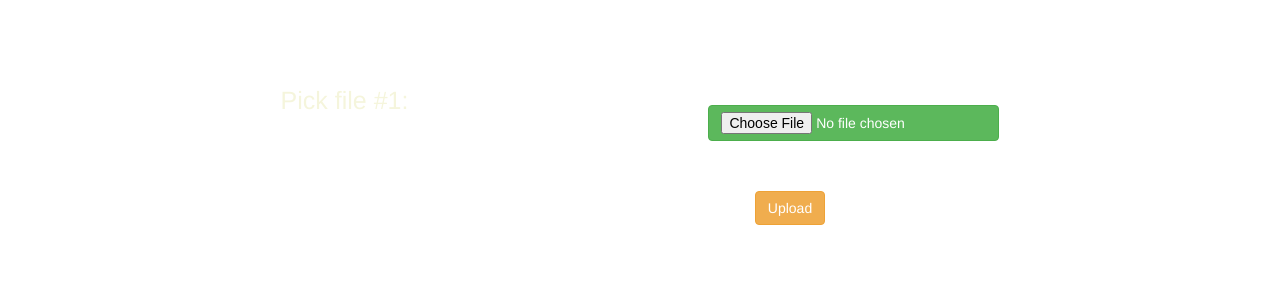
Repository: 123poornima/UpdatedSecondProject
Page: frontendPro/WebContent/_user/uploadPicture.html
These files come from the project's save history. The page is drawn as it stood at one moment and after the next save; the edit follows.
The browser window is 1280 px wide. The pictures show the whole page.

Above is the page before, as saved 2017-01-17 05:11:38.

After the next save:
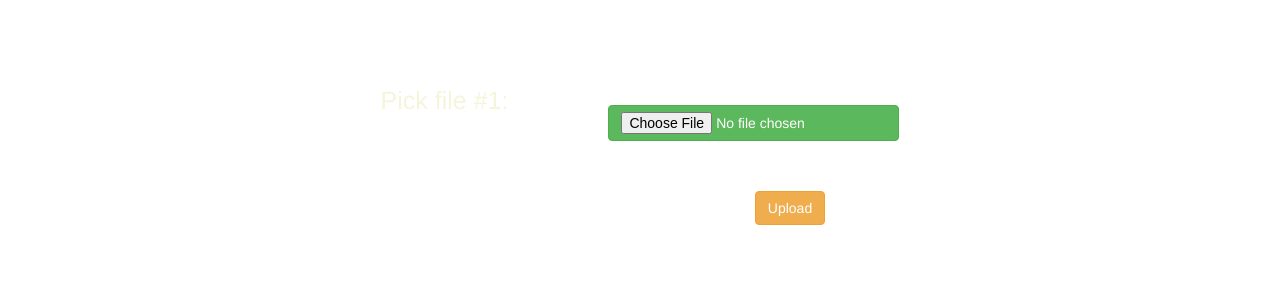
Saved 5 s later.
--- a/frontendPro/WebContent/_user/uploadPicture.html
+++ b/frontendPro/WebContent/_user/uploadPicture.html
@@ -17,7 +17,7 @@
             <table border="0">
                 <tr style="color:#F5F5DC">
                     <td style="color:#F5F5DC;font-size:25px;margin-top:100px">Pick file #1:</td>
-                    <td><input style="margin-top:45px;margin-left:300px" class="btn btn-success" type="file" name="fileUpload" /></td>
+                    <td><input style="margin-top:45px;margin-left:100px" class="btn btn-success" type="file" name="fileUpload" /></td>
                     <br>
                 </tr>
              <br>
